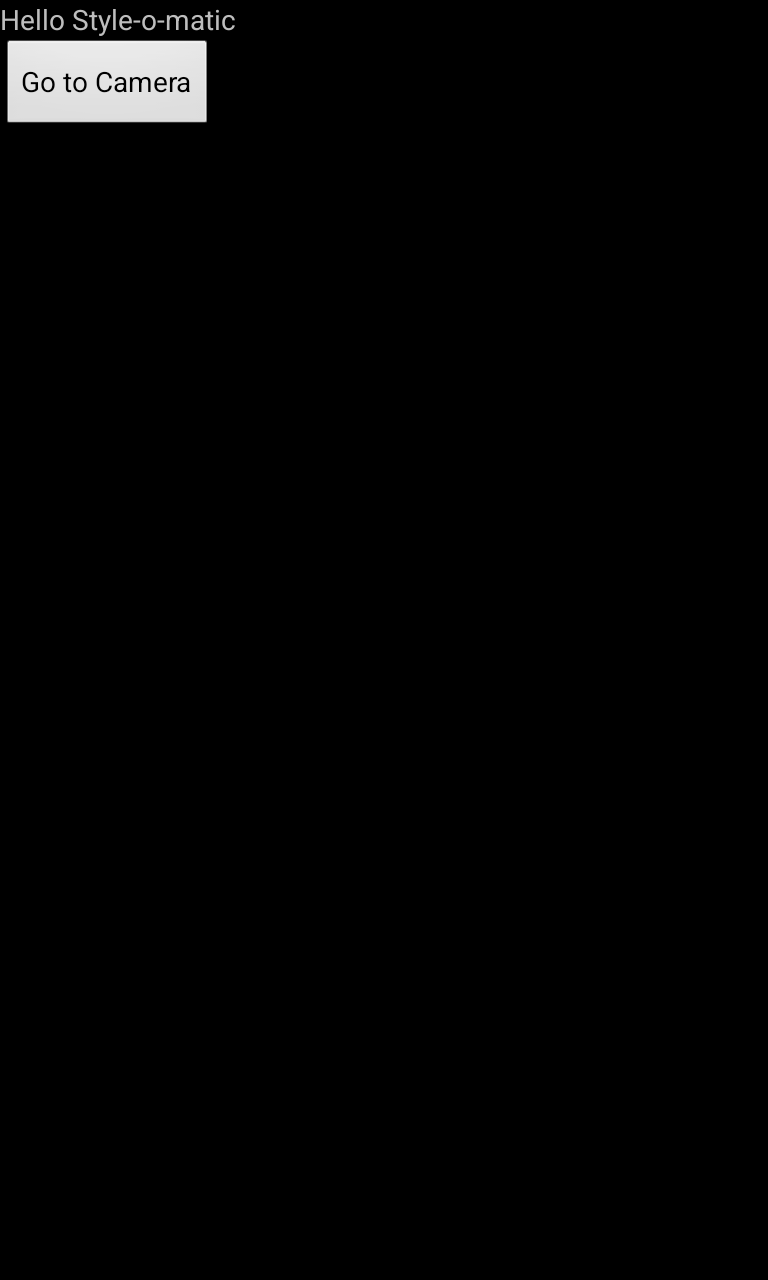
Repository: cprerovsky/style-o-matic
Layout: style-o-matic/res/layout/main.xml
These files come from the project's save history. The layout is drawn as it stood at one moment and after the next save; the edit follows.
It is drawn on a 768 x 1280 px phone screen (xhdpi) without system bars, with theme android:Theme; the app's code is not run. Lists and similar views that code fills are empty.

Above is the layout before, as saved 2012-04-20 19:41:26.

### style-o-matic/res/layout/main.xml
<?xml version="1.0" encoding="utf-8"?>
<LinearLayout xmlns:android="http://schemas.android.com/apk/res/android"
    android:layout_width="fill_parent"
    android:layout_height="fill_parent"
    android:orientation="vertical" >


    <ViewFlipper
	    android:id="@+id/flipper"
	    android:layout_width="fill_parent"
	    android:layout_height="fill_parent"
	    >

     	    <LinearLayout xmlns:android="http://schemas.android.com/apk/res/android"
	    android:layout_width="fill_parent"
	    android:layout_height="fill_parent"
	    android:orientation="vertical" >

            <TextView
		        android:layout_width="fill_parent"
		        android:layout_height="wrap_content"
		        android:text="@string/hello" />

    		<Button
		        android:id="@+id/button1"
		        android:layout_width="wrap_content"
		        android:layout_height="wrap_content"
		        android:text="Go to Camera" />

			<Gallery
			    xmlns:android="http://schemas.android.com/apk/res/android"
			    android:id="@+id/galleryTops"
			    android:layout_width="fill_parent"
			    android:layout_height="wrap_content"
		    />
			<Gallery
			    xmlns:android="http://schemas.android.com/apk/res/android"
			    android:id="@+id/galleryBottoms"
			    android:layout_width="fill_parent"
			    android:layout_height="wrap_content"
		    />

		</LinearLayout>

		<LinearLayout xmlns:android="http://schemas.android.com/apk/res/android"
	    android:layout_width="fill_parent"
	    android:layout_height="fill_parent"
	    android:orientation="vertical" >
		    	<TextView
		        android:layout_width="fill_parent"
		        android:layout_height="wrap_content"
		        android:text="@string/gallery_top" />
		    	<GridView xmlns:android="http://schemas.android.com/apk/res/android"
				    android:id="@+id/gridviewTops"
				    android:layout_width="fill_parent"
				    android:layout_height="fill_parent"
				    android:columnWidth="90dp"
				    android:numColumns="auto_fit"
				    android:verticalSpacing="5dp"
				    android:horizontalSpacing="5dp"
				    android:stretchMode="columnWidth"
				    android:gravity="center"
				/>
		</LinearLayout>

		<LinearLayout xmlns:android="http://schemas.android.com/apk/res/android"
	    android:layout_width="fill_parent"
	    android:layout_height="fill_parent"
	    android:orientation="vertical" >
			<TextView
        android:layout_width="fill_parent"
        android:layout_height="wrap_content"
        android:text="@string/hello" />
			<Gallery
			    xmlns:android="http://schemas.android.com/apk/res/android"
			    android:id="@+id/galleryShoes"
			    android:layout_width="fill_parent"
			    android:layout_height="wrap_content"
		    />
			<Gallery
			    xmlns:android="http://schemas.android.com/apk/res/android"
			    android:id="@+id/galleryAccessories"
			    android:layout_width="fill_parent"
			    android:layout_height="wrap_content"
		    />
		</LinearLayout>
	</ViewFlipper>

</LinearLayout>

### style-o-matic/res/values/strings.xml
<?xml version="1.0" encoding="utf-8"?>
<resources>

    <string name="hello">Hello Style-o-matic</string>
    <string name="app_name">Style-o-matic</string>
    <string name="accessories">Accessories</string>
    <string name="tops">Tops</string>
    <string name="bottoms">Bottoms</string>
    <string name="shoes">Shoes</string>
    <string name="gallery_top">Tops</string>
	<string name="galleryBottoms">Bottoms</string>
	<string name="galleryAccessories">Accessories</string>
	<string name="galleryShoes">Shoes</string>
	<string name="selectPic">Select Picture</string>

</resources>

After the next save:
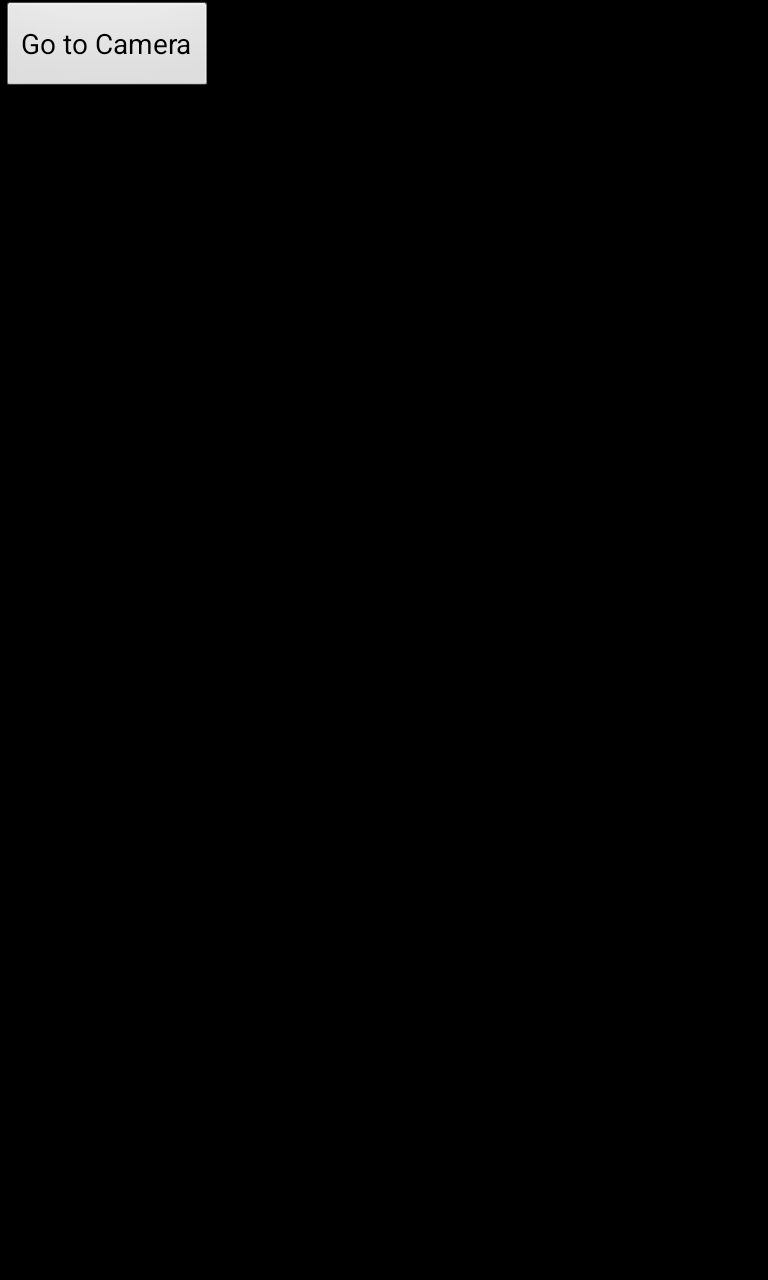
Saved 50 s later.
--- a/style-o-matic/res/layout/main.xml
+++ b/style-o-matic/res/layout/main.xml
@@ -5,85 +5,10 @@
     android:orientation="vertical" >
 
 
-    <ViewFlipper
-	    android:id="@+id/flipper"
-	    android:layout_width="fill_parent"
-	    android:layout_height="fill_parent"
-	    >
-
-     	    <LinearLayout xmlns:android="http://schemas.android.com/apk/res/android"
-	    android:layout_width="fill_parent"
-	    android:layout_height="fill_parent"
-	    android:orientation="vertical" >
-
-            <TextView
-		        android:layout_width="fill_parent"
-		        android:layout_height="wrap_content"
-		        android:text="@string/hello" />
-
     		<Button
 		        android:id="@+id/button1"
 		        android:layout_width="wrap_content"
 		        android:layout_height="wrap_content"
 		        android:text="Go to Camera" />
 
-			<Gallery
-			    xmlns:android="http://schemas.android.com/apk/res/android"
-			    android:id="@+id/galleryTops"
-			    android:layout_width="fill_parent"
-			    android:layout_height="wrap_content"
-		    />
-			<Gallery
-			    xmlns:android="http://schemas.android.com/apk/res/android"
-			    android:id="@+id/galleryBottoms"
-			    android:layout_width="fill_parent"
-			    android:layout_height="wrap_content"
-		    />
-
-		</LinearLayout>
-
-		<LinearLayout xmlns:android="http://schemas.android.com/apk/res/android"
-	    android:layout_width="fill_parent"
-	    android:layout_height="fill_parent"
-	    android:orientation="vertical" >
-		    	<TextView
-		        android:layout_width="fill_parent"
-		        android:layout_height="wrap_content"
-		        android:text="@string/gallery_top" />
-		    	<GridView xmlns:android="http://schemas.android.com/apk/res/android"
-				    android:id="@+id/gridviewTops"
-				    android:layout_width="fill_parent"
-				    android:layout_height="fill_parent"
-				    android:columnWidth="90dp"
-				    android:numColumns="auto_fit"
-				    android:verticalSpacing="5dp"
-				    android:horizontalSpacing="5dp"
-				    android:stretchMode="columnWidth"
-				    android:gravity="center"
-				/>
-		</LinearLayout>
-
-		<LinearLayout xmlns:android="http://schemas.android.com/apk/res/android"
-	    android:layout_width="fill_parent"
-	    android:layout_height="fill_parent"
-	    android:orientation="vertical" >
-			<TextView
-        android:layout_width="fill_parent"
-        android:layout_height="wrap_content"
-        android:text="@string/hello" />
-			<Gallery
-			    xmlns:android="http://schemas.android.com/apk/res/android"
-			    android:id="@+id/galleryShoes"
-			    android:layout_width="fill_parent"
-			    android:layout_height="wrap_content"
-		    />
-			<Gallery
-			    xmlns:android="http://schemas.android.com/apk/res/android"
-			    android:id="@+id/galleryAccessories"
-			    android:layout_width="fill_parent"
-			    android:layout_height="wrap_content"
-		    />
-		</LinearLayout>
-	</ViewFlipper>
-
 </LinearLayout>
